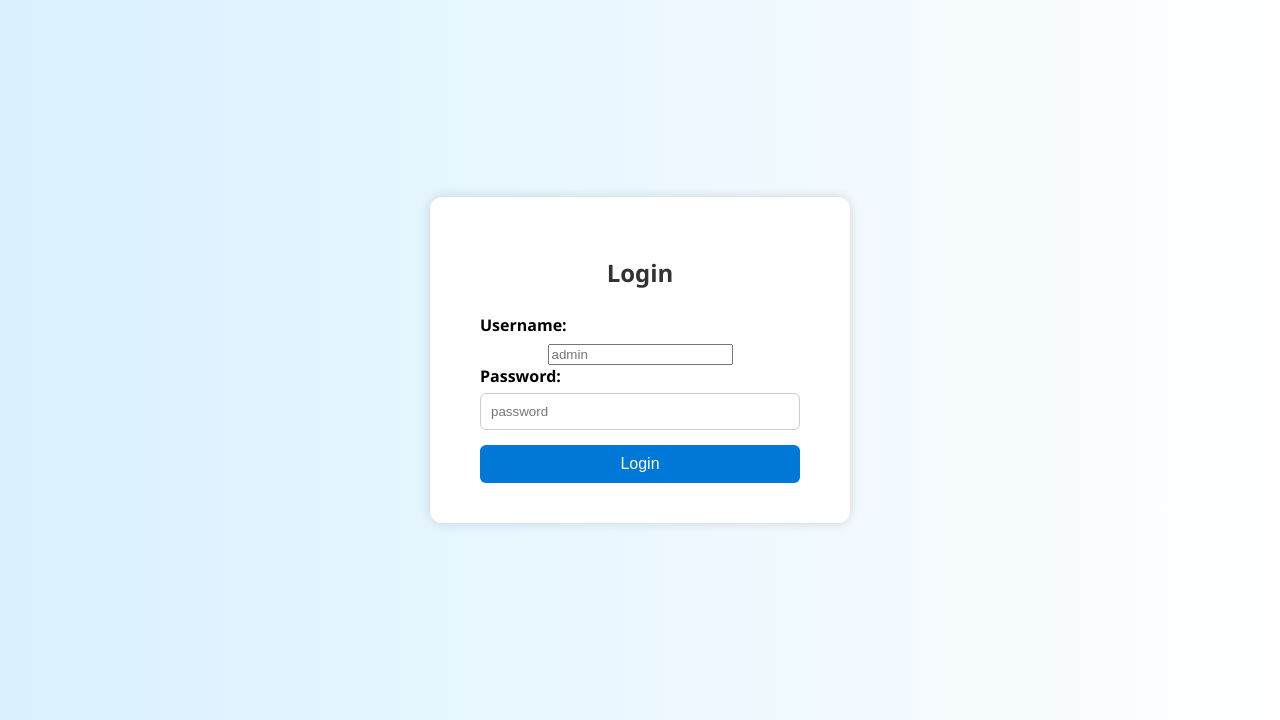
Repository: AkshayKPrajapati/CodingHub
Page: Servlet/WebContent/httpSession.html
The author's editor kept a copy of each file at every save. The page is drawn from the files as they stood at one save, then again after the next save.
The browser window is 1280 px wide. The pictures show the whole page.

Above is the page before, as saved 2025-10-14 18:30:36.

After the next save:
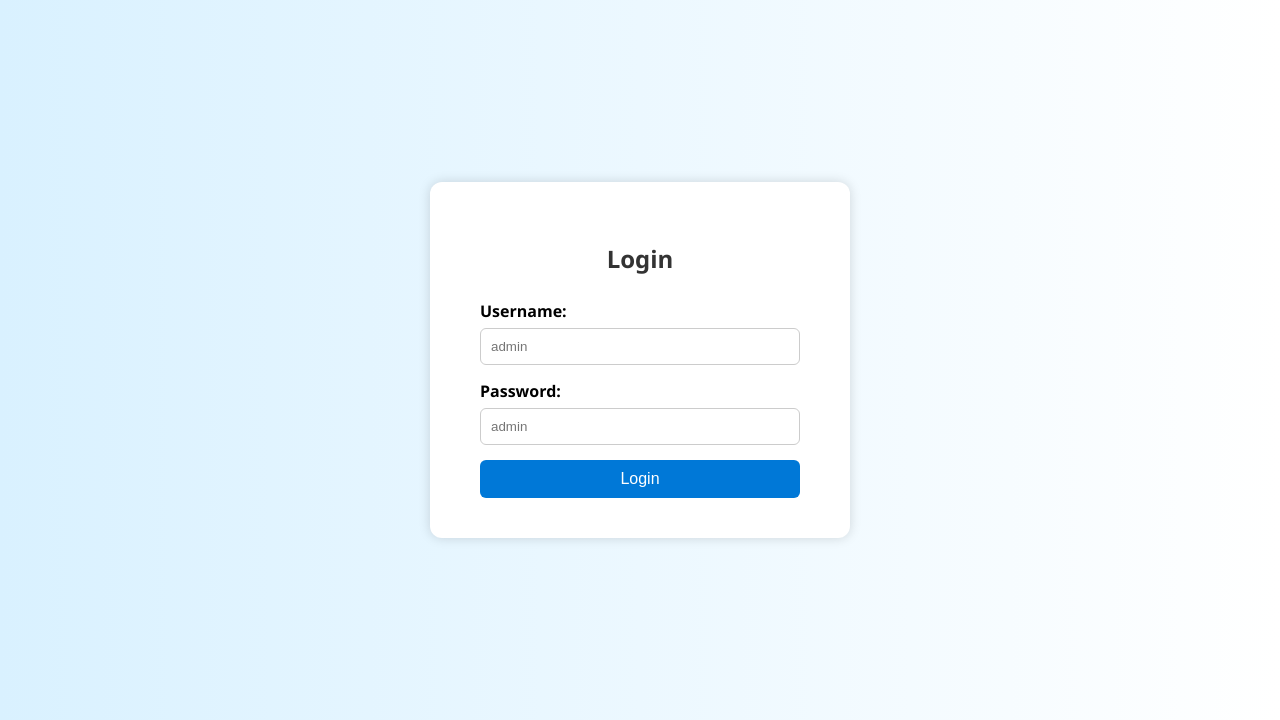
Saved 14 min 24 s later.
--- a/Servlet/WebContent/httpSession.html
+++ b/Servlet/WebContent/httpSession.html
@@ -36,7 +36,7 @@
       font-weight: 600;
     }
 
-    .loginSection input[type="email"],
+    .loginSection input[type="text"],
     .loginSection input[type="password"] {
       width: 100%;
       padding: 10px;
@@ -68,11 +68,11 @@
   <section class="loginSection">
     <h2>Login</h2>
     <form action="loginSession" method="post">
-      <label for="username"	>Username:</label>
+      <label for="username">Username:</label>
       <input type="text" id="username" name="username" placeholder="admin" required>
 
       <label for="password">Password:</label>
-      <input type="password" id="password" name="password" placeholder="password" required>
+      <input type="password" id="password" name="password" placeholder="admin" required>
 
       <input type="submit" value="Login">
     </form>
